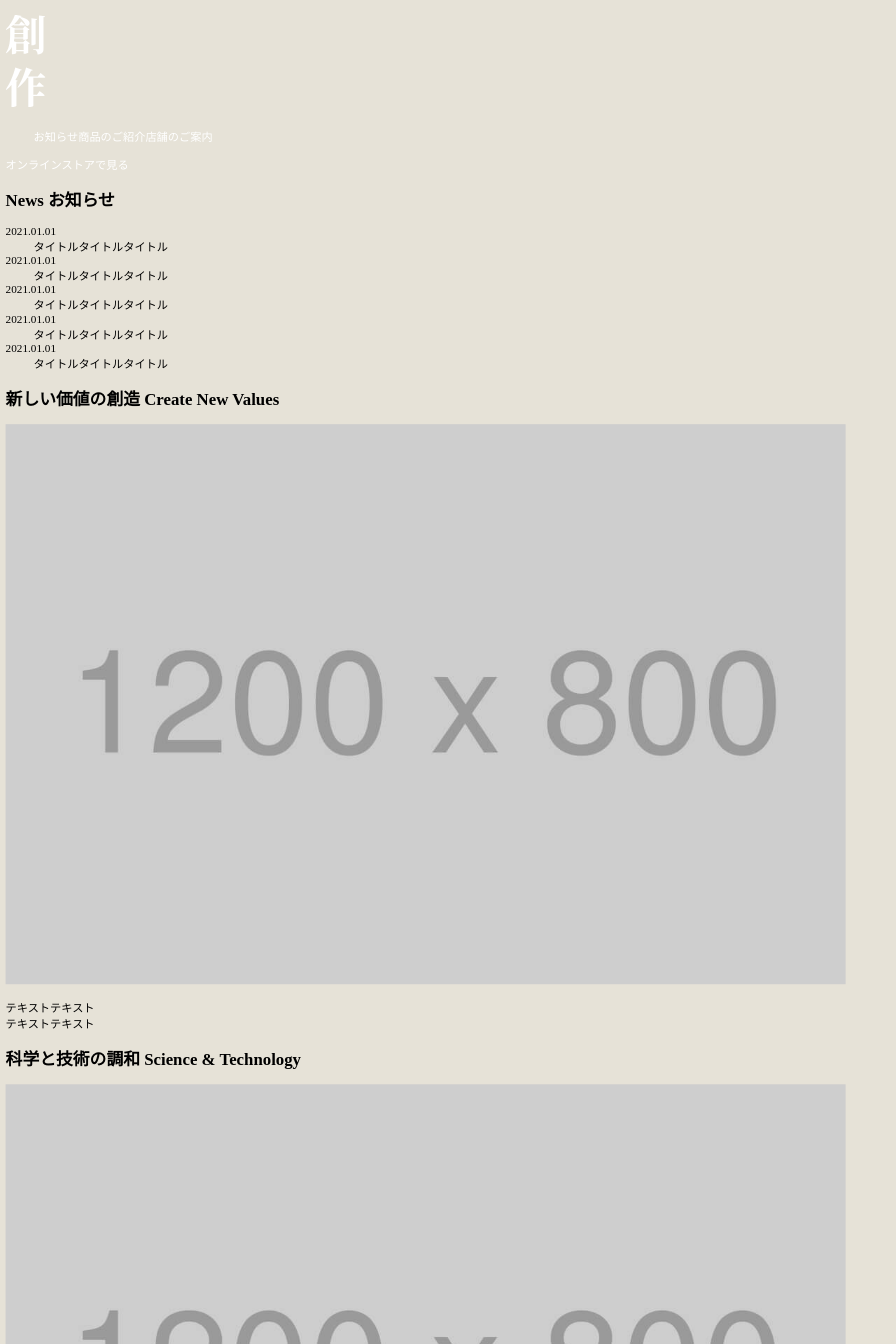
Repository: Fuki-san/wagashi
Page: http://localhost/wagashi
An editor plug-in stored every save of this project. The page is shown before and after the next save, followed by the edit.
The browser window is 1280 px wide. The pictures show the part of the page from y = 0 to 1920 px (the page is 2980 px tall before and 2960 px after), at 70% of full size.
The page is served by the project's Laravel application, run on PHP 8.4 with Laravel 10. Other server files are loaded and not shown.

Above is the page before, as saved 2023-12-05 18:12:40.

### routes/web.php
<?php

use Illuminate\Support\Facades\Route;
use Spatie\FlareClient\View;

/*
|--------------------------------------------------------------------------
| Web Routes
|--------------------------------------------------------------------------
|
| Here is where you can register web routes for your application. These
| routes are loaded by the RouteServiceProvider and all of them will
| be assigned to the "web" middleware group. Make something great!
|
*/

Route::get('/', function () {
    return view('welcome');
});

Route::get('wagashi', function() {
    return View('wagashi');
})->name('wagashi');

### resources/views/wagashi.blade.php
@extends('layouts.main')

@section('title', 'wagashi')

@section('content')
    <header id="header">
        <h1 class="site-title"><a href="#"><img src="img/logo.svg" alt=""></a></h1>
        <nav id="nav">
            <ul>
                <li><a href="#news">お知らせ</a></li>
                <li><a href="#products1">商品のご紹介</a></li>
                <li><a href="#shop">店舗のご案内</a></li>
            </ul>
        </nav>
        <div class="onlinestore"><a href="#" target="_blank" rel="noopener noreferrer">オンラインストアで見る</a></div>
    </header>

    <main>
        <section id="news" class="wrapper">

            <h2 class="sec-title">
                <span class="en">News</span>
                <span class="ja">お知らせ</span>
            </h2>

            <dl class="list">
                <dt>2021.01.01</dt>
                <dd>タイトルタイトルタイトル</dd>
                <dt>2021.01.01</dt>
                <dd>タイトルタイトルタイトル</dd>
                <dt>2021.01.01</dt>
                <dd>タイトルタイトルタイトル</dd>
                <dt>2021.01.01</dt>
                <dd>タイトルタイトルタイトル</dd>
                <dt>2021.01.01</dt>
                <dd>タイトルタイトルタイトル</dd>
            </dl>
        </section>

        <section id="products1" class="wrapper">
            <h2 class="site-title">
                <span class="ja">新しい価値の創造</span>
                <span class="en">Create New Values</span>
            </h2>

            <div class="img">
                <img src="img/products1.jpg" alt="">
                <p class="text">テキストテキスト<br>テキストテキスト</p>
            </div>
        </section>

        <section id="products2" class="wrapper">
            <h2 class="sec-title">
                <span class="ja">科学と技術の調和</span>
                <span class="en">Science & Technology</span>
            </h2>
            <div class="img">
                <img src="img/products2.jpg" alt="">
                <p class="text">テキストテキスト<br>テキストテキスト</p>
            </div>
        </section>

        <div id="shop">
            {{-- <iframe src="https://maps.app.goo.gl/xzFBJWJzvwRM9L8A6" width="600" height="450" style="border:0;" allowfullscreen="" loading="lazy"></iframe> --}}
            {{-- <iframe src="https://www.google.com/maps/embed?pb=!1m18!1m12!1m3!1d810.3187664078118!2d139.70214997715243!3d35.670228498760295!2m3!1f0!2f0!3f0!3m2!1i1024!2i768!4f13.1!3m3!1m2!1s0x60188cbac9b52cff%3A0x560d87a8e2d1d3d2!2z5Y6f5a6_6aeF!5e0!3m2!1sja!2sjp!4v1571819367477!5m2!1sja!2sjp"  height="250"   allowfullscreen=""></iframe> --}}
            <iframe src="https://www.google.com/maps/embed?pb=!1m18!1m12!1m3!1d3239.836551473939!2d139.7477714269531!3d35.70563960000001!2m3!1f0!2f0!3f0!3m2!1i1024!2i768!4f13.1!3m3!1m2!1s0x60188c4782eed4f3%3A0x5058b288249e640e!2z5p2x5Lqs44OJ44O844Og!5e0!3m2!1sja!2sjp!4v1701513094034!5m2!1sja!2sjp" style="border:0;" allowfullscreen="" loading="lazy" referrerpolicy="no-referrer-when-downgrade"></iframe>
        </div>

    </main>

    <footer id="footer">

        <div class="inner">
            <div class="left">
                <p><a href="#" target="_blank">オンラインストアで見る</a> | <a href="mailto:xxxx@gmail.com">お問い合わせ</a></p>
            </div>
            <div class="right">
                <div class="logo"><img src="img/logo.svg" alt=""></div>
                <p class="info">
                    〒106-0032 東京都港区六本木5丁目××××<br>
                    電話..<a href="tel:03-XXXX-XXXX">03-XXXX-XXXX</a>
                </p>
                <ul class="menu">
                    <li><a href="#news">お知らせ</a></li>
                    <li><a href="#products1">商品のご紹介</a></li>
                    <li><a href="#shop">店舗のご案内</a></li>
                </ul>
            </div>
        </div>
        <p class="copyright">&copy; SOUSAKU</p>
    </footer>

@endsection

### resources/views/layouts/main.blade.php
<!DOCTYPE html>
<html lang="ja">
<head>
    <meta charset="UTF-8">
    <meta name="viewport" content="width=device-width, initial-scale=1.0">
    <meta http-equiv="X-UA-Compatible" content="ie=edge">
    <link rel="stylesheet" href="{{ asset('css/reset.css') }}">
    <link rel="stylesheet" href="{{ asset('css/style.css') }}">
    <link rel="icon" href="img/favicon.ico">
    <title>@yield('title')</title>
</head>
<body>
    @yield('content')
</body>
</html>

### public/css/style.css
@charset "utf-8";

html{
    font-size: 100%;
}
body{
    background-color: #e6e2d7;
    color: #000;
    font-family: 'Noto Serif JP', serif;
}
img{
    max-width: 100%;
}
li{
    list-style: none;
}
a{
    text-decoration: none;
    color: #fff;
}

/* headerrr */
#header{
    background-image: image("img/mainvisual-pc.jpg");
}
#header nav ul{
    display: flex;
}

### public/img/logo.svg
<?xml version="1.0" encoding="utf-8"?>
<!-- Generator: Adobe Illustrator 15.1.0, SVG Export Plug-In . SVG Version: 6.00 Build 0)  -->
<!DOCTYPE svg PUBLIC "-//W3C//DTD SVG 1.1//EN" "http://www.w3.org/Graphics/SVG/1.1/DTD/svg11.dtd">
<svg version="1.1" id="レイヤー_1" xmlns="http://www.w3.org/2000/svg" xmlns:xlink="http://www.w3.org/1999/xlink" x="0px"
	 y="0px" width="57.4775391px" height="131.578125px" viewBox="0 0 57.4775391 131.578125"
	 style="enable-background:new 0 0 57.4775391 131.578125;" xml:space="preserve">
<style type="text/css">
<![CDATA[
	.st0{fill:#FFFFFF;}
]]>
</style>
<g>
	<path class="st0" d="M28.3789063,35.8789063l6.5400391,4.859375c-0.3603516,0.4804688-1.2001953,1.0800781-2.3398438,1.2607422
		v12.0595703c-0.0605469,0.359375-3.4199219,1.5-5.5195313,1.5h-1.0800781v-3.6601563H15.2998047v2.6992188
		c0,0.4208984-1.9199219,1.8007813-5.1601563,1.8007813H9.0595703v-10.5
		c-1.7392578,3.2402344-4.2597656,6.2998047-7.9189453,8.8798828l-0.6005859-0.6005859c5.5205078-8.21875,6-18.4785156,6-26.7587891
		v-9.1191406c-1.9199219,1.3798828-3.9599609,2.5800781-6.0595703,3.6591797L0,21.4199219
		C6.1796875,15.6601563,11.3994141,6.4199219,13.5,0l9.7197266,1.9804688
		c-0.2402344,0.7197266-0.7802734,1.0800781-2.3398438,1.3193359c20.5185547,3.7207031,13.3789063,15.9599609,7.9189453,11.8798828
		c-0.9599609-3.4199219-4.0195313-7.9794922-8.5195313-11.2792969c-2.0400391,3.1796875-4.7392578,6.5390625-7.9794922,9.6591797
		H19.5l2.9990234-3.8398438c0,0,3.4804688,2.6396484,5.5800781,4.5595703
		c-0.1796875,0.6601563-0.7802734,0.9609375-1.6201172,0.9609375H11.7001953l-0.2402344-0.9003906
		c-1.1396484,1.0195313-2.3398438,2.0400391-3.5400391,2.9394531l6,2.2207031h10.9189453l3.0605469-3.3603516L34.4384766,21
		c-0.359375,0.4794922-1.2597656,1.0195313-2.4599609,1.3193359v11.9394531
		c-0.0595703,0.3603516-3.359375,1.5605469-5.4589844,1.5605469h-1.0800781v-1.8007813H12.5400391
		C12.4199219,35.21875,12.2402344,36.4189453,12,37.6787109l4.0800781,1.5595703h9.2988281L28.3789063,35.8789063z
		 M25.4394531,32.3388672v-4.6796875H12.8994141c0,1.4404297-0.0595703,3-0.1796875,4.6796875H25.4394531z M12.8994141,21.1796875
		v4.7998047h12.5400391v-4.7998047H12.8994141z M25.9794922,50.1582031v-9.2392578H15.2998047v9.2392578H25.9794922z
		 M43.2587891,41.7587891c0,0.6601563-2.6396484,1.859375-4.9199219,1.859375h-1.1396484V5.2197266L45.2988281,6
		c-0.1201172,0.7802734-0.6005859,1.3203125-2.0400391,1.5605469V41.7587891z M56.7578125,2.1005859
		C56.578125,3,55.9785156,3.6005859,54.5380859,3.7802734v44.8183594c0,4.6796875-0.9599609,7.3193359-8.4599609,8.0390625
		c-0.1796875-2.0996094-0.4794922-3.6591797-1.3798828-4.7392578c-0.9599609-1.0205078-2.2197266-1.7998047-5.0996094-2.2197266
		v-0.8408203c0,0,5.9394531,0.3603516,7.2001953,0.3603516c0.9599609,0,1.2597656-0.2998047,1.2597656-1.0800781V1.2001953
		L56.7578125,2.1005859z"/>
	<path class="st0" d="M17.4599609,94.0800781c-0.1806641,0.5390625-0.7207031,0.9589844-1.8603516,1.1992188v34.2587891
		c-0.1201172,0.5400391-3,2.0400391-5.7597656,2.0400391H8.5195313v-31.3789063
		c-2.3994141,2.7597656-4.9794922,5.1601563-7.7392578,7.2001953l-0.7197266-0.5400391
		c5.3398438-7.5,10.9189453-19.6796875,13.9189453-31.6787109l9.5400391,3.1796875
		c-0.2998047,0.7802734-1.0800781,1.2597656-2.4003906,1.2001953c-2.0400391,4.859375-4.3798828,9.2988281-6.9589844,13.3193359
		L17.4599609,94.0800781z M39.9589844,89.7597656v11.0996094h4.7998047l3.6591797-4.7998047
		c0,0,4.140625,3.2998047,6.7197266,5.5800781c-0.1796875,0.6591797-0.8398438,0.9599609-1.6796875,0.9599609H39.9589844v11.3388672
		h5.1591797l4.0205078-5.2197266c0,0,4.4394531,3.5400391,7.1992188,5.9404297
		c-0.1796875,0.6591797-0.8398438,0.9599609-1.7402344,0.9599609H39.9589844v14.0390625
		c0,0.4199219-2.2207031,1.859375-5.9404297,1.859375h-1.3193359V89.7597656h-1.4404297
		c-3.8994141,5.8798828-8.3994141,10.6796875-13.4394531,14.2792969l-0.6601563-0.4794922
		c4.6201172-6.7802734,9.6601563-17.6992188,12.3603516-28.3193359l9.6591797,3.4199219
		c-0.2998047,0.7802734-1.0800781,1.2597656-2.4599609,1.1396484c-1.3798828,2.9404297-2.8203125,5.7597656-4.4394531,8.3398438
		h14.0996094l3.9589844-5.1591797c0,0,4.4404297,3.4794922,7.1396484,5.8193359
		c-0.1796875,0.6601563-0.8398438,0.9599609-1.6796875,0.9599609H39.9589844z"/>
</g>
</svg>

After the next save:
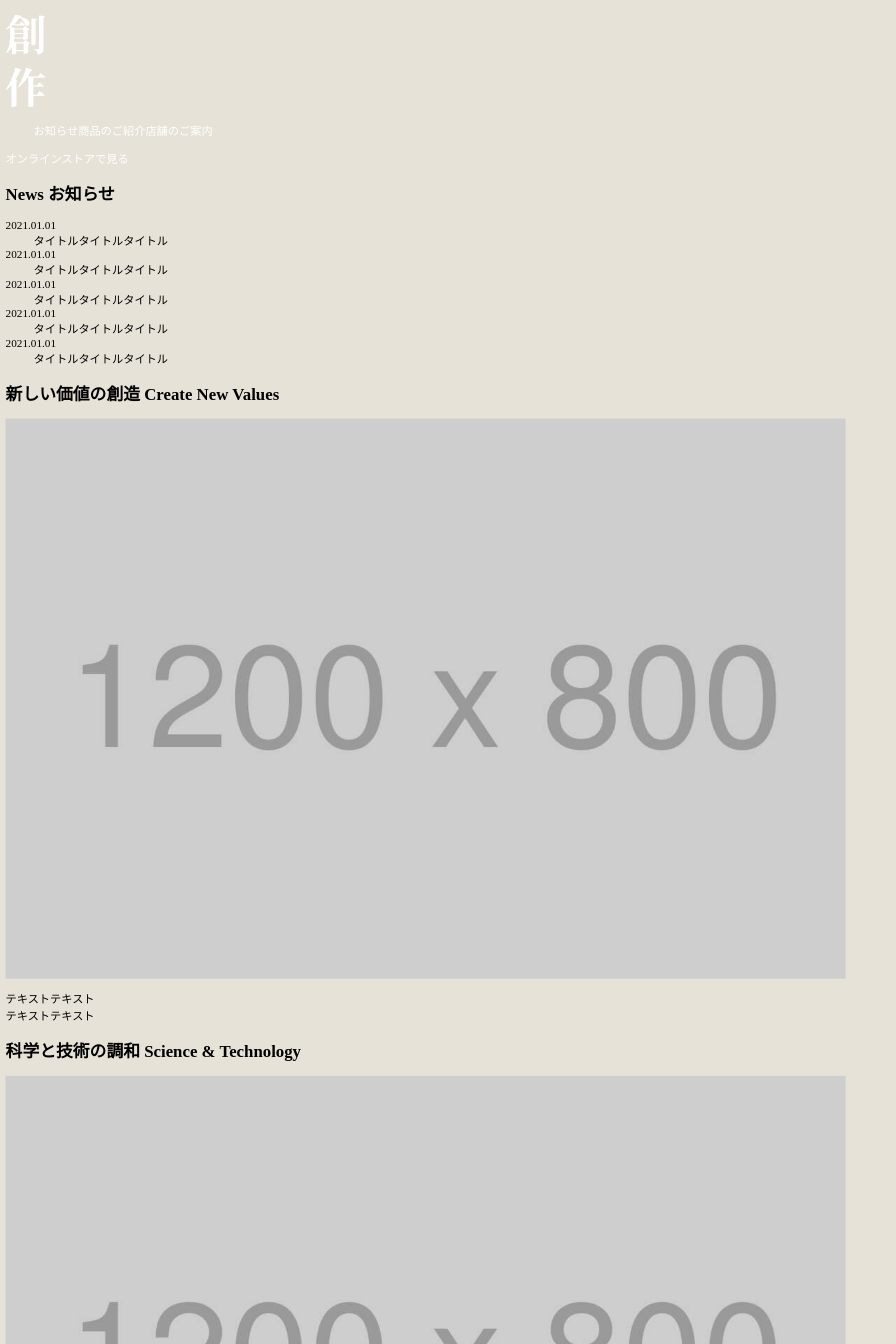
Saved 31 s later.
--- a/public/css/style.css
+++ b/public/css/style.css
@@ -10,6 +10,7 @@ body{
 }
 img{
     max-width: 100%;
+    vertical-align: bottom;
 }
 li{
     list-style: none;
